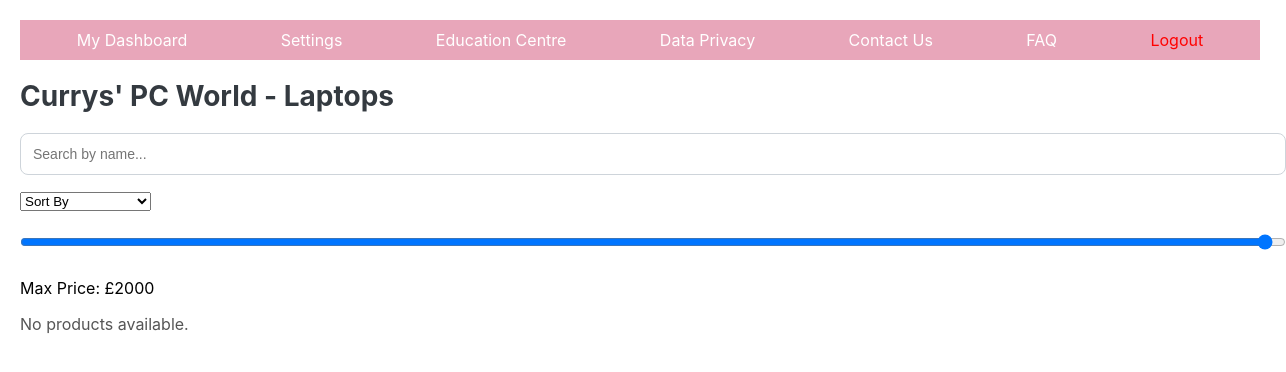
Repository: aab232/https---github.com-aab232-Deferred-Payment-Platform
Page: /main (app in frontend/)
An editor plug-in stored every save of this project. The page is shown before and after the next save, followed by the edit.
The browser window is 1280 px wide. The page is 1286 px wide, so the pictures cover 1286 px, including what lies to the right of the window. The pictures show the whole page.
The page's requests for data from a server got no answer. The project was rebuilt for these pictures with package versions that can differ from the ones it lists, and the page was loaded fresh each time. No one was signed in, and anything a server would have sent is missing. Also part of the build but not shown: frontend/src/components/Home.js, frontend/src/components/Register.js, frontend/src/components/Login.js, frontend/src/components/BackButton.css, frontend/src/components/BackButton.js, frontend/src/components/Settings.js.

Above is the page before, as saved 2025-04-01 00:58:24.

After the next save:
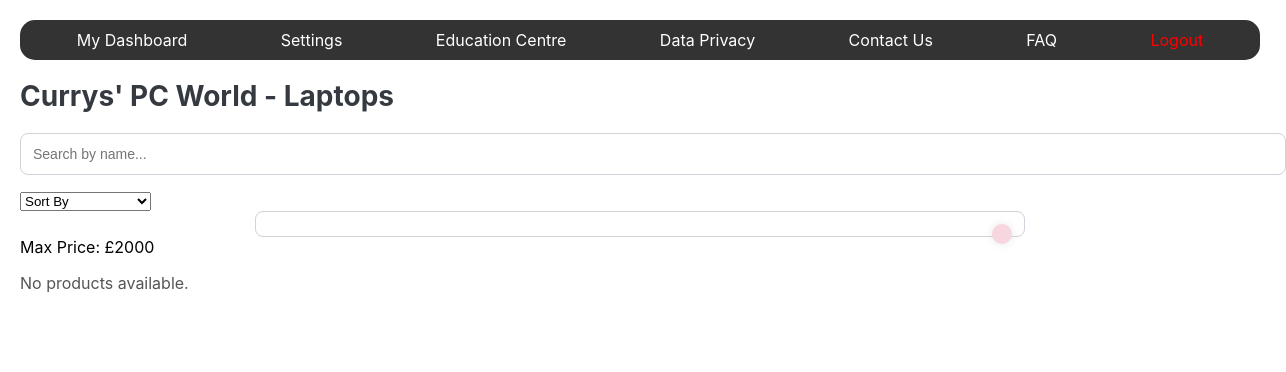
Saved 10 min 1 s later.
--- a/frontend/src/components/Main.css
+++ b/frontend/src/components/Main.css
@@ -5,9 +5,10 @@
 .taskbar {
   display: flex;
   justify-content: space-around;
-  background: #e8a6ba;
+  background: #333;
   padding: 10px;
   color: white;
+  border-radius: 15px; /* Rounded corners for the taskbar */
 }
 
 .tab {
@@ -19,7 +20,7 @@
 }
 
 .controls {
-  margin: 20px 0;
+  margin: 40px 0; /* Added margin to move the controls down */
 }
 
 .products-container {
@@ -70,3 +71,76 @@
 .buttons button {
   margin: 5px;
 }
+
+/* ---- PRICE RANGE SLIDER (UPDATED) ---- */
+
+/* Center the Slider */
+.slider-container {
+  display: flex;
+  justify-content: center;
+  align-items: center;
+  width: 100%;
+}
+
+/* Base Slider Styling */
+input[type="range"] {
+  -webkit-appearance: none;
+  appearance: none;
+  width: 60%;
+  background: transparent; /* Track invisible */
+  outline: none;
+  margin: auto;
+}
+
+/* Invisible Track for WebKit Browsers (Chrome, Safari, Edge) */
+input[type="range"]::-webkit-slider-runnable-track {
+  background: transparent;
+  border: none;
+  height: 0;
+}
+
+/* Custom Thumb (Now Pink) */
+input[type="range"]::-webkit-slider-thumb {
+  -webkit-appearance: none;
+  appearance: none;
+  width: 20px;
+  height: 20px;
+  background: #F7D6E0;  /* 💖 Soft Pink Thumb */
+  border-radius: 50%;
+  cursor: pointer;
+  box-shadow: 0 0 10px rgba(0, 0, 0, 0.1);
+}
+
+input[type="range"]::-webkit-slider-thumb:hover {
+  background: #f5bfcf; /* Slightly darker pink when hovered */
+}
+
+/* Firefox - Invisible Track */
+input[type="range"]::-moz-range-track {
+  background: transparent;
+  height: 0;
+}
+
+input[type="range"]::-moz-range-thumb {
+  width: 20px;
+  height: 20px;
+  background: #F7D6E0;  /* Soft Pink */
+  border-radius: 50%;
+  cursor: pointer;
+}
+
+/* Edge - Invisible Track */
+input[type="range"]::-ms-track {
+  background: transparent;
+  border-color: transparent;
+  color: transparent;
+  height: 0;
+}
+
+input[type="range"]::-ms-thumb {
+  width: 20px;
+  height: 20px;
+  background: #F7D6E0; /* Soft Pink */
+  border-radius: 50%;
+  cursor: pointer;
+}

After the save that followed:
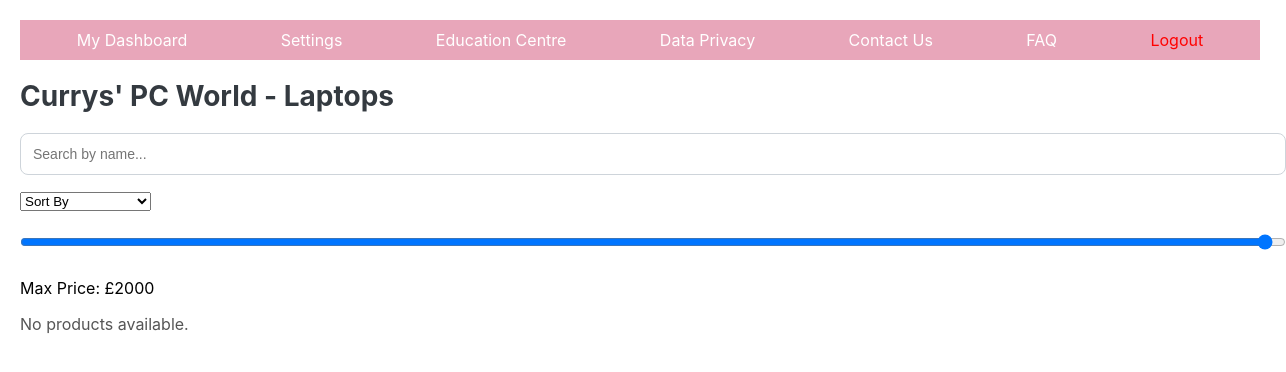
Saved 3 min 50 s later.
--- a/frontend/src/components/Main.css
+++ b/frontend/src/components/Main.css
@@ -5,10 +5,9 @@
 .taskbar {
   display: flex;
   justify-content: space-around;
-  background: #333;
+  background: #e8a6ba;
   padding: 10px;
   color: white;
-  border-radius: 15px; /* Rounded corners for the taskbar */
 }
 
 .tab {
@@ -20,7 +19,7 @@
 }
 
 .controls {
-  margin: 40px 0; /* Added margin to move the controls down */
+  margin: 20px 0;
 }
 
 .products-container {
@@ -71,76 +70,3 @@
 .buttons button {
   margin: 5px;
 }
-
-/* ---- PRICE RANGE SLIDER (UPDATED) ---- */
-
-/* Center the Slider */
-.slider-container {
-  display: flex;
-  justify-content: center;
-  align-items: center;
-  width: 100%;
-}
-
-/* Base Slider Styling */
-input[type="range"] {
-  -webkit-appearance: none;
-  appearance: none;
-  width: 60%;
-  background: transparent; /* Track invisible */
-  outline: none;
-  margin: auto;
-}
-
-/* Invisible Track for WebKit Browsers (Chrome, Safari, Edge) */
-input[type="range"]::-webkit-slider-runnable-track {
-  background: transparent;
-  border: none;
-  height: 0;
-}
-
-/* Custom Thumb (Now Pink) */
-input[type="range"]::-webkit-slider-thumb {
-  -webkit-appearance: none;
-  appearance: none;
-  width: 20px;
-  height: 20px;
-  background: #F7D6E0;  /* 💖 Soft Pink Thumb */
-  border-radius: 50%;
-  cursor: pointer;
-  box-shadow: 0 0 10px rgba(0, 0, 0, 0.1);
-}
-
-input[type="range"]::-webkit-slider-thumb:hover {
-  background: #f5bfcf; /* Slightly darker pink when hovered */
-}
-
-/* Firefox - Invisible Track */
-input[type="range"]::-moz-range-track {
-  background: transparent;
-  height: 0;
-}
-
-input[type="range"]::-moz-range-thumb {
-  width: 20px;
-  height: 20px;
-  background: #F7D6E0;  /* Soft Pink */
-  border-radius: 50%;
-  cursor: pointer;
-}
-
-/* Edge - Invisible Track */
-input[type="range"]::-ms-track {
-  background: transparent;
-  border-color: transparent;
-  color: transparent;
-  height: 0;
-}
-
-input[type="range"]::-ms-thumb {
-  width: 20px;
-  height: 20px;
-  background: #F7D6E0; /* Soft Pink */
-  border-radius: 50%;
-  cursor: pointer;
-}
